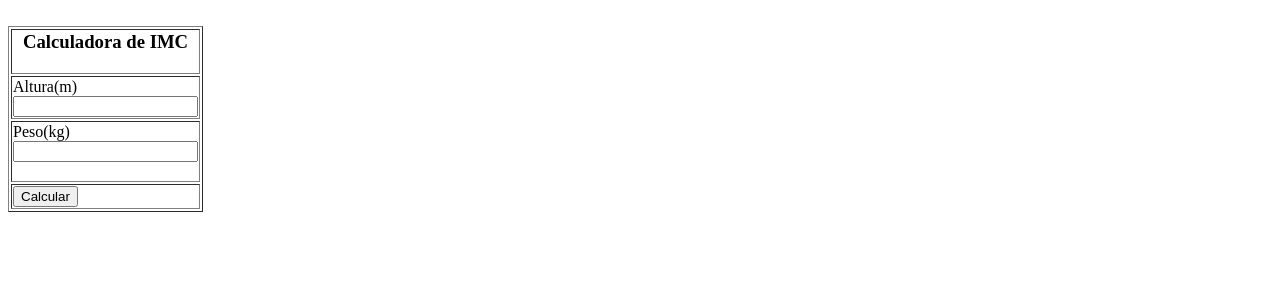
Repository: Patriciamativi/Projetos
Page: index.html
The author's editor kept a copy of each file at every save. The page is drawn from the files as they stood at one save, then again after the next save.
The browser window is 1280 px wide. The pictures show the whole page.

Above is the page before, as saved 2022-11-17 21:31:36.

### index.html
<html>
    <head>
        <title>Calculadora de IMC</title>
        <meta charset="utf-8"/>

        <style type="text/css">
        .classeTexto {color:blue;}

        </style>
    </head>
<table border="1">
    <br>
        <tr>
            <div></div><th><h3>Calculadora de IMC</h3></th></tr>

        <tr><td>Altura(m)<br/>
            <input type: "number" ></br></td></tr>

        <tr><td>Peso(kg)<br/>
            <input type: "number" > </br></br></td></tr>

        <tr><td><input type= "submit" value="Calcular"></td></tr>

    </form>
    </table>
</body>
</html>

After the next save:
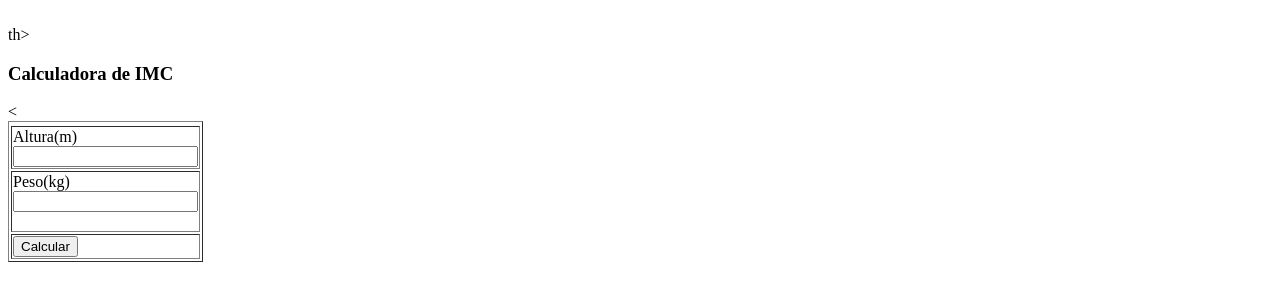
Saved 6 s later.
--- a/index.html
+++ b/index.html
@@ -11,7 +11,7 @@
 <table border="1">
     <br>
         <tr>
-            <div></div><th><h3>Calculadora de IMC</h3></th></tr>
+            <div>th><h3>Calculadora de IMC</h3></th></tr> </div><
 
         <tr><td>Altura(m)<br/>
             <input type: "number" ></br></td></tr>

After the 2 saves that followed:
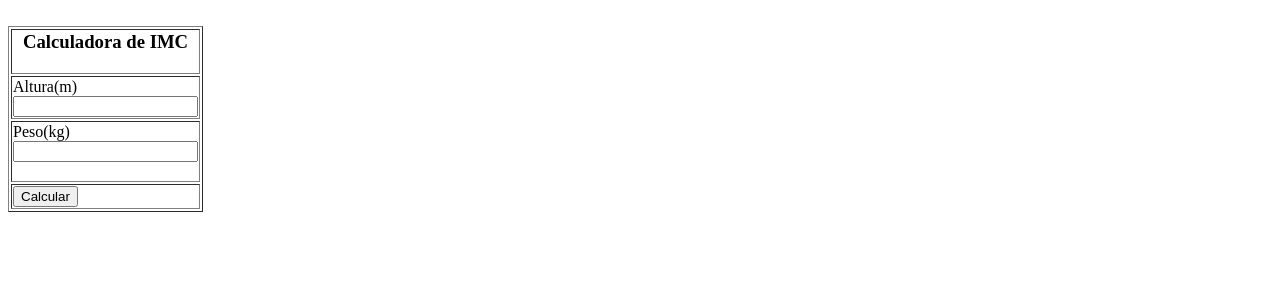
The 2 saves are shown as one change because they came seconds apart.
The last was saved 8 s later.
--- a/index.html
+++ b/index.html
@@ -11,7 +11,7 @@
 <table border="1">
     <br>
         <tr>
-            <div>th><h3>Calculadora de IMC</h3></th></tr> </div><
+            <div><th><h3>Calculadora de IMC</h3></th></tr> </div>
 
         <tr><td>Altura(m)<br/>
             <input type: "number" ></br></td></tr>
